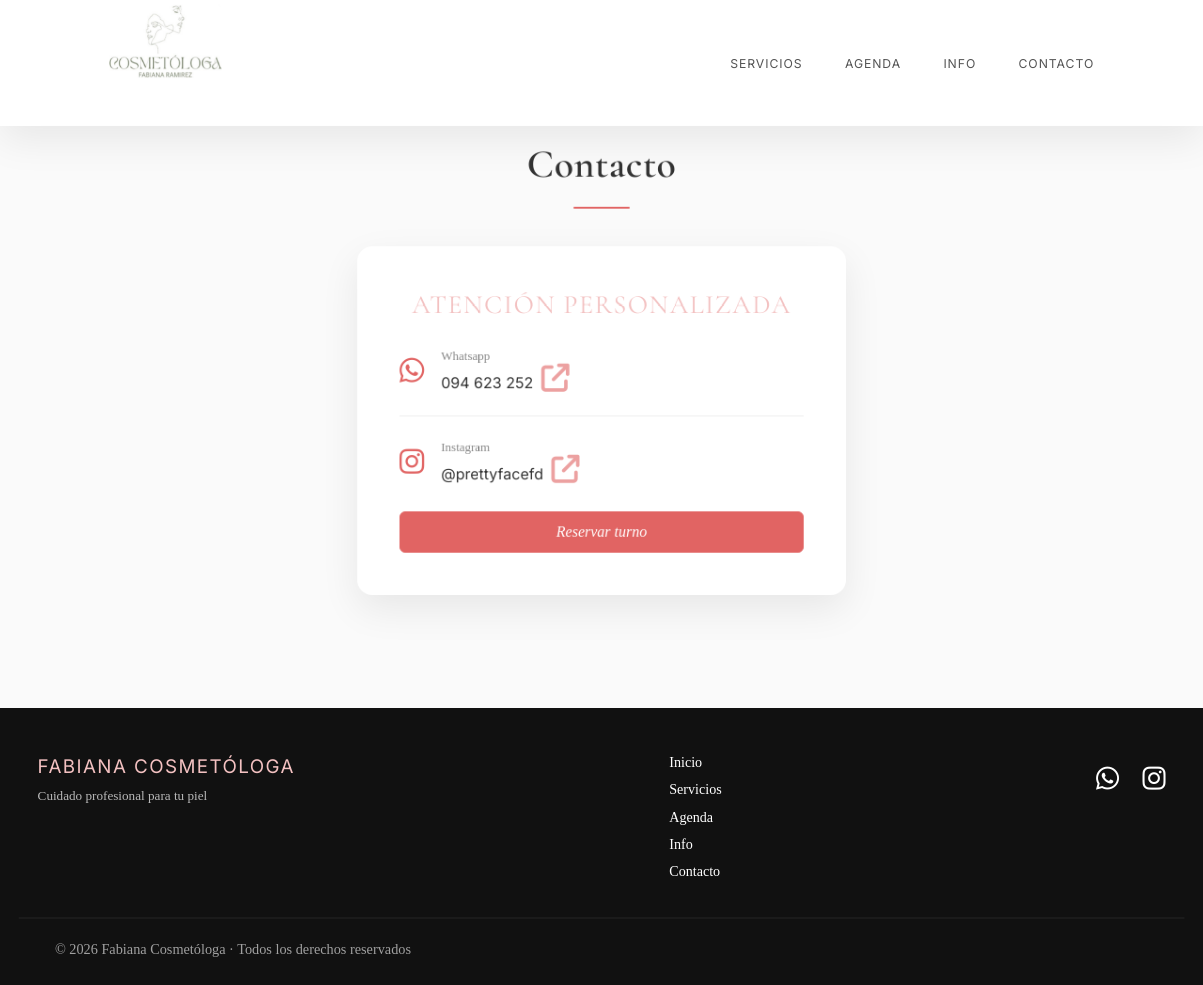
Repository: thiagobal1891-sudo/paginaweb
Page: pages/contacto.html
These files come from the project's save history. The page is drawn as it stood at one moment and after the next save; the edit follows.
The browser window is 1280 px wide. The pictures show the whole page, at 94% of full size.
Some web fonts or font styles are not loaded; a fallback is used.

Above is the page before, as saved 2026-03-17 15:07:41.
Console error: ReferenceError: emailjs is not defined

### pages/contacto.html

<!DOCTYPE html>
<html lang="es">
<head>
  <meta charset="UTF-8">
  <meta name="viewport" content="width=device-width, initial-scale=1.0">
  <title>Fabiana Cosmetóloga</title>
  <link rel="stylesheet" href="../css/style.css">
  <link rel="preconnect" href="https://fonts.googleapis.com">
  <link rel="preconnect" href="https://fonts.gstatic.com" crossorigin>
  <link
    href="https://fonts.googleapis.com/css2?family=Melodrama:wght@400;500;600;700&family=Inter:wght@100..900&family=Poppins:wght@100..900&family=Cormorant+Garamond:wght@300..700&display=swap"
    rel="stylesheet">
  <link rel="stylesheet" href="https://cdnjs.cloudflare.com/ajax/libs/font-awesome/6.5.0/css/all.min.css"
    crossorigin="anonymous" referrerpolicy="no-referrer" />
</head>

<body>
  <header>
    <div class="container">
      <a href="../index.html" class="logo">
        <img src="../media/logo.png"
  alt="Logo de la marca"
  loading="lazy"
  decoding="async">
      </a>
      <nav>
        <a href="servicios.html">SERVICIOS</a>
        <a href="agenda.html">AGENDA</a>
        <a href="info.html">INFO</a>
        <a href="contacto.html">CONTACTO</a>
      </nav>
    </div>
  </header>
<main>
<section id="contacto" class="appear">
<div class="section-title">
<h2>Contacto</h2>
</div>
<div class="container">
<div class="contact-card">
<h3>Atención personalizada</h3>
<div class="contact-item">
<i class="fa-brands fa-whatsapp"></i>
<div class="contact-info">
<span class="label">Whatsapp</span>
<a href="https://wa.me/59894623252"
target="_blank"
rel="noopener noreferrer"
class="valor">
094 623 252
<i class="fa-solid fa-arrow-up-right-from-square link-icon"></i>
</a>
</div>
</div>
<hr>
<div class="contact-item">
<i class="fa-brands fa-instagram"></i>
<div class="contact-info">
<span class="label">Instagram</span>
<a href="https://www.instagram.com/prettyfacefd"
target="_blank"
rel="noopener noreferrer"
class="valor">
@prettyfacefd
<i class="fa-solid fa-arrow-up-right-from-square link-icon"></i>
</a>
</div>
</div>
<a href="agenda.html#agenda-ya" class="btn-vermas">
Reservar turno
</a>
</div>
</div>

</section>
</main>
  <footer class="footer">
  <div class="footer-container">
    <div class="footer-brand">
      <h3>Fabiana Cosmetóloga</h3>
      <p>Cuidado profesional para tu piel</p>
    </div>
    <div class="footer-links">
      <a href="../index.html">Inicio</a>
      <a href="../pages/servicios.html">Servicios</a>
      <a href="../pages/agenda.html">Agenda</a>
      <a href="../pages/info.html">Info</a>
      <a href="../pages/contacto.html">Contacto</a>
    </div>
    <div class="footer-social">
      <a href="https://wa.me/59894623252" target="_blank">
        <i class="fa-brands fa-whatsapp"></i>
      </a>
      <a href="https://www.instagram.com/prettyfacefd" target="_blank">
        <i class="fa-brands fa-instagram"></i>
      </a>
    </div>
  </div>
  <div class="footer-bottom">
    <p>© 2026 Fabiana Cosmetóloga · Todos los derechos reservados</p>
  </div>
</footer>
  <script src="https://cdn.jsdelivr.net/npm/emailjs-com@3/dist/email.min.js"></script>
  <script src="../script.js" defer></script>
</body>
</html>

### css/style.css
@charset "UTF-8";
* {
  box-sizing: border-box;
  margin: 0;
  padding: 0;
}
html {
  scroll-behavior: smooth;
  scroll-padding-top: var(--header-height);
  font-size: 100%;
}
:root{
  --header-height:70px;
  --primary:#E16463;
  --primary-soft:rgba(225,100,99,.15);
  --primary-soft-light:rgba(225,100,99,.08);
  --text-dark:#333;
  --text-soft:#777;
  --shadow-hover:0 20px 50px rgba(0,0,0,.12);
  --shadow-soft:0 15px 40px rgba(0,0,0,.08);
}
body{
  font-family:"Melodrama", serif;
  margin:0;
  animation:fadePage .6s ease;
  padding-top: var(--header-height);
}
@keyframes fadePage{
from{
  opacity:0;
  transform:translateY(10px);
}

to{
  opacity:1;
  transform:translateY(0);
}
}
.appear{
  opacity:0;
  transform:translateY(40px);
  transition:opacity .8s ease, transform .8s ease;
  will-change: transform, opacity;
}
.appear.show{
  opacity:1;
  transform:translateY(0);
}
h1 {
  font-size:clamp(2.2rem,4vw,4.5rem);
  line-height: 1.1;
}
h2 {
  font-size:clamp(1.6rem,3vw,2.5rem);
  line-height: 1.2;
}
p {
font-size:clamp(.95rem,1.1vw,1.1rem);
line-height:1.7;
max-width:60ch;
}
h3 {
  font-size: 0.9em;
  font-family: "Inter", sans-serif;
  font-weight: 400;
  letter-spacing: 1.5px;
  color: #f3c1c1;
  text-transform: uppercase;
}
section{
position:relative;
padding:100px 20px;
}
.info_carta {
  font-size: 0.85em;
  color: #f2f2f2;
  font-family: "Inter", sans-serif;
  line-height: 1;
  margin-bottom: 2px;
  max-width:450px;
}
ul {
  list-style: none;
  padding-left: 0;
  font-size: 0.75em;
  font-family: "Inter", sans-serif;
  color: #ffffff;
}
ul li {
  margin-bottom: 4px;
  line-height: 1.3;
  padding-left: 22px;
  position: relative;
  opacity: 0.95;
  transition: transform 0.3s ease, opacity 0.3s ease;
}
ul li::before {
  content: "✧";
  position: absolute;
  left: 0;
  top: 0;
  color: #f3c1c1;
  font-size: 0.75em;
}
img{
transition:transform .6s ease, filter .6s ease;
height: auto;
max-width: 100%;
will-change: transform;
display: block;
}
button {
  font-size: 1rem;
  font-weight: 400;
  padding: 10px 30px;
  border-radius: 10px;
  border: 1.5px solid rgb(84, 84, 84);
  box-shadow: var(--shadow-soft);
  color: white;
  background-color: #d86a6a;
  font-family: "Inter", sans-serif;
  transition: all .25s ease;
  cursor: pointer;
  font-weight: bold;
}
button:hover {
  background-color: white;
  color:var(--primary);
  border-color: white;
  transform: translateY(-2px);
}
button:active{
  transform:scale(.97);
}
.container{
  max-width:1100px;
  margin-inline:auto;
  padding-inline:20px;
  width:100%;
  position:relative;
}
.container > *:not(:last-child){
  margin-bottom:40px;
}
header{
  position:fixed;
  width:100%;
  top:0;
  left:0;
  background-color:white;
  z-index:1000;
  box-shadow: var(--shadow-soft);
  transition:.3s;
  padding:10px 0;
}
header.scrolled{
  background:rgba(255,255,255,0.9);
  backdrop-filter:blur(8px);
  box-shadow:var(--shadow-soft);
}
header .logo {
  display: flex;
  align-items: center;
  justify-content: flex-start;
}
header .logo img{
  width:110px;
  height:auto;
  margin-bottom:6px;
}
header .container {
  display: flex;
  align-items: center;
  padding:0 16px;
  justify-content: space-between;
}
header nav {
  display: flex;
  flex-direction: row;
  justify-content: center;
  align-items: center;
  text-align: center;
}
header a {
  padding: 0px 5px;
  text-decoration: none;
  color: rgb(84, 84, 84);
  display: inline-block;
  font-family: "Inter", sans-serif;
  margin: 0 5px;
  font-size:14px;
  letter-spacing:1px;
}
header a:hover {
  color:var(--primary);
}
.hero-tag{
  font-family:"Inter",sans-serif;
  letter-spacing:2px;
  font-size:12px;
  text-transform:uppercase;
  color:#f3c1c1;
  display:block;
  margin-left:20px;
  margin-bottom:12px;
  opacity:.9;
}
.hero-sub{
  color:white;
  max-width:520px;
  margin-left:20px;
  margin-top:18px;
  font-family:"Inter",sans-serif;
  font-size:clamp(0.95rem,1.1vw,1.1rem);
  line-height:1.6;
  opacity:.95;
}
.btn-hero{
  display:inline-block;
  margin-left:20px;
  margin-top:35px;
  padding:14px 34px;
  border-radius:30px;
  background:var(--primary);
  color:white;
  text-decoration:none;
  font-family:"Inter",sans-serif;
  font-weight:600;
  letter-spacing:.5px;
  transition:.3s;
}
.btn-hero:hover{
    transform:translateY(-3px);
  box-shadow:var(--shadow-hover);
}
#hero {
    display: flex;
    align-items: flex-start;
    justify-content: center;
    text-align: left;
    flex-direction: column;
    min-height: 100vh;
    background-image: linear-gradient(0deg, rgba(0, 0, 0, 0.5),
      rgba(0, 0, 0, 0.5)),
      url("../media/fotopiel-rutina-de-skincare-cuidado-facial.webp");
      background-repeat: no-repeat;
      background-size: cover;
      background-position: center center; }
#hero h1 {
  color: white;
  font-family: "Cormorant Garamond";
  font-weight: 600;
  align-self: flex-start;
  text-align: left;
  font-size:clamp(2.5rem,5vw,4.5rem);
  padding-left:20px;
  max-width:90%;
  animation:heroFade 1.2s ease;
}
#hero::after{
  content:"";
  position:absolute;
  bottom:0;
  left:0;
  width:100%;
  height:120px;
  background:linear-gradient(to bottom, transparent, white);
}

@keyframes heroFade{
from{
opacity:0;
transform:translateY(40px);
}
to{
opacity:1;
transform:translateY(0);
}
}
.section-title{
  text-align:center;
  position:relative;
  }
  #Tratamientos .section-title {
  padding-top: 70px;
}
.section-title.show{
  opacity:1;
  transform:translateY(0);
}
.section-title h2{
  font-family:"Cormorant Garamond", serif;
  font-size:36px;
  font-weight:600;
  color:var(--text-dark);
  margin-bottom:10px;
  letter-spacing:0.5px;
}
.section-title p{
  font-family:"Inter", sans-serif;
  font-size:13px;
  color: var(--text-soft);
  letter-spacing:1.5px;
  text-transform:uppercase;
  max-width:65ch;
  margin:0 auto 80px auto; /* ← separación abajo */
  text-align:center;
}
.section-title::after{
  content:"";
  display:block;
  width:60px;
  height:2px;
  background-color: var(--primary);
  margin:20px auto 0;
  border-radius:2px;
}
.no-line::after {
  display: none;
}

.carousel_infocosmet {
  width: 100%;
  position: relative;
  background-color: var(--primary-soft);
  padding:90px 0;
  overflow:hidden;
}
.carousel-track{
  display:flex;
  will-change: transform;
}
.slide{
  flex:0 0 100%;
  display:flex;
  justify-content:center;
  gap:40px;
  position:relative;
  min-width: 100%;
}
.img-wrapper{
  position:relative;
  width:100%;
  max-width:520px;
  aspect-ratio:16/9;
  height:auto;
  overflow:hidden;
  border-radius:12px;
  margin:0 auto;
  display: block;
  box-shadow: var(--shadow-soft);
  transition:transform .4s ease, box-shadow .4s ease;
}

.img-wrapper img {
  width:100%;
  height:100%;
  object-fit:cover;
  transition:transform .6s ease, filter .6s ease;
}
.img-wrapper:hover{
  transform:translateY(-4px);
}
.img-wrapper:hover img{
  transform:scale(1.06);
}

#infocosmet .img-wrapper{
  position:relative;
  overflow:hidden;
}
.badge{
  position:absolute;
  left:12px;
  background:rgba(0,0,0,.55);
  backdrop-filter:blur(4px);
  color:white;
  font-family:"Inter",sans-serif;
  font-size:11px;
  letter-spacing:1.5px;
  padding:6px 14px;
  border-radius:20px;
  white-space:nowrap;
  z-index:20;
}

.badge.top{
  top:12px;
}

.badge.bottom{
  bottom:12px;
}

#Tratamientos .container{
  background: linear-gradient(180deg, #fffdf8, #fff6ee);
  box-shadow: var(--shadow-soft);
}
.carousel-wrapper{
  overflow:hidden;
  max-width:1200px;
  margin:0 auto;
  position:relative;
}
.carta-tratamientos{
  display:flex;
  gap:20px;
  overflow-x:auto;
  scroll-snap-type:x mandatory;
  scroll-behavior:smooth;
  padding:10px;
}
.carta-tratamientos::-webkit-scrollbar{
  display:none;
}
.carta{
  flex:0 0 100%;
  scroll-snap-align:center;
  min-height:520px;
  height:auto;
  border-radius:12px;
  background:white;
  padding:30px 25px;
  background-size:cover;
  background-position:center;
  position:relative;
  overflow: hidden;
}
.carta::before{
  content:"";
  position:absolute;
  top:0;
  left:0;
  width:100%;
  height:3px;
  background-color: var(--primary);
  transform:scaleX(0);
  transform-origin:left;
  transition:transform 0.3s ease;
}
.carta:hover::before{
  transform:scaleX(1);
}
.carta > * {
  position: relative;
  z-index: 2;
}
.carta h3{
  margin-bottom:10px;
}
.carta p{
  margin-bottom:10px;
}
.carta ul{
  margin-top:10px;
}
.carta:hover::after{
  left:100%;
}
.carta:hover ul li {
  transform: translateX(4px);
  opacity: 1;
}
.carta:hover h3{
  color:var(--primary);
}
.carta,
.agenda-card,
.consulta-card{
  transition:all .35s ease;
}
.carta:hover,
.agenda-card:hover,
.consulta-card:hover{
  transition:all .35s ease;
  box-shadow: var(--shadow-hover);
}
.arrow{
  border: none;
  background: none;
  position:absolute;
  top:50%;
  transform:translateY(-50%);
  z-index:5;
  width:40px;
  height:40px;
  border-radius:50%;
  display:flex;
  align-items:center;
  justify-content:center;
  cursor:pointer;
}
.arrow.left {
  left: 15px;
}
.arrow.right {
  right: 15px;
}
.carta:first-child {
  background-image: linear-gradient(0deg, rgba(0, 0, 0, 0.5), rgba(0, 0, 0, 0.5)), url("../media/Tratamientos-3.jpg");
}
.carta:nth-child(2) {
  background-image: linear-gradient(0deg, rgba(0, 0, 0, 0.5), rgba(0, 0, 0, 0.5)), url("../media/Tratamientos-2.jpg");
}
.carta:nth-child(3) {
  background-image: linear-gradient(0deg, rgba(0, 0, 0, 0.5), rgba(0, 0, 0, 0.5)), url("../media/Tratamientos-1.jpg");
}
.carta:nth-child(4) {
  background-image: linear-gradient(0deg, rgba(0, 0, 0, 0.5), rgba(0, 0, 0, 0.5)), url("../media/Tratamientos-1.jpg");
}
.carta:nth-child(5) {
  background-image: linear-gradient(0deg, rgba(0, 0, 0, 0.5), rgba(0, 0, 0, 0.5)), url("../media/Tratamientos-2.jpg");
}
.carta:nth-child(6) {
  background-image: linear-gradient(0deg, rgba(0, 0, 0, 0.5), rgba(0, 0, 0, 0.5)), url("../media/Tratamientos-1.jpg");
}
.carta:nth-child(7) {
  background-image: linear-gradient(0deg, rgba(0, 0, 0, 0.5), rgba(0, 0, 0, 0.5)), url("../media/Tratamientos-1.jpg");
}

#agenda-ya{
  padding:120px 20px;
  background-color: var(--primary-soft);
}
.agenda-card{
  max-width:900px;
  margin:auto;
  background:white;
  padding:30px;
  border-radius:20px;
  box-shadow:var(--shadow-soft);
  border:1px solid rgba(225,100,99,.2);
}
#agenda-ya iframe{
  max-width:900px;
  width:100%;
  height:650px;
  border-radius:20px;
  background:white;
  box-shadow:var(--shadow-soft);
  border:1px solid rgba(225,100,99,.2);
  padding:10px;
}
.link-icon {
  font-size: 0.15em;
  margin-left: 4px;
  opacity: 0.6;
  transition: all 0.3s ease;
}
#consultas{
padding:120px 20px;
background-color: var(--primary-soft-light);
}
#consultas .container{
  display:flex;
  flex-direction:column;
  align-items:center;
  max-width:700px;
  margin:0 auto;
}
.consulta-card{
  width:100%;
  max-width:600px;
  margin:0 auto;
}
.consulta-sub{
  text-align:center;
  font-family:"Inter", sans-serif;
  font-size:14px;
  color: var(--text-soft);
  margin-bottom:25px;
}
.consulta-card form{
  width:100%;
  max-width:500px;
  margin:auto;
}
.consulta-card h3{
  margin-bottom:35px;
  text-align:center;
  font-family:"Cormorant Garamond", serif;
  font-size:28px;
  color:var(--text-dark);
  letter-spacing:0;
  text-transform:none;
  width:100%;
}
.form-group {
  position: relative;
  margin-bottom: 25px;
}
.form-group input,
.form-group textarea{
  width:100%;
  padding:16px 14px;
  border-radius:14px;
  border:1px solid #e5e5e5;
  font-size:15px;
  font-family:"Inter", sans-serif;
  outline:none;
  transition:all .3s ease;
  background:#fff;
}
.form-group input:focus,
.form-group textarea:focus{
  border-color: var(--primary);
  box-shadow: var(--shadow-hover);
}
.form-group label {
  position: absolute;
  left: 12px;
  top: 14px;
  font-size: 14px;
  color: #888;
  transition: 0.3s ease;
  pointer-events: none;
}
.form-group input:focus + label,
.form-group input:not(:placeholder-shown) + label,
.form-group textarea:focus + label,
.form-group textarea:not(:placeholder-shown) + label {
  top: -8px;
  left: 10px;
  font-size: 12px;
  background: white;
  padding: 0 5px;
  color:var(--primary);
}
.btn-enviar{
  width:100%;
  padding:16px;
  border-radius:30px;
  border:none;
  background:linear-gradient(135deg,#E16463,#d04f4f);
  color:white;
  font-weight:600;
  font-size:15px;
  cursor:pointer;
  transition:all .3s ease;
  margin-top:10px;
}
.btn-enviar:hover{
  transform:translateY(-2px);
  box-shadow:var(--shadow-soft);
}

#sobre{
  padding:80px 20px;
}
.sobre-container{
  display:flex;
  align-items:center;
  gap:25px;
  margin-top:50px;
  flex-wrap:wrap;
  text-align: left;
}
.sobre-container.reverse{
  flex-direction:row-reverse;
}
.sobre-texto{
  flex:1;
  min-width:280px;
}
.sobre-texto p{
  font-family:"Inter",sans-serif;
  line-height:1.7;
  margin-bottom:20px;
  color:#444;
}
.sobre-texto h3{
  font-family:"Cormorant Garamond",serif;
  font-size:30px;
  margin-bottom:10px;
}
.sobre-img{
  flex:1;
  min-width:280px;
}
.sobre-img img{
  width:100%;
  border-radius:12px;
  box-shadow: var(--shadow-soft);
}
.sobre-container.reverse .btn-vermas{
  margin-top:40px;
}
.confianza{
  padding:80px 20px;
  background:#fafafa;
}
.confianza-grid{
  display:grid;
  grid-template-columns:repeat(auto-fit,minmax(220px,1fr));
  gap:30px;
  margin-top:50px;
}
.confianza-item{
  background:white;
  padding:30px;
  border-radius:14px;
  text-align:center;
  box-shadow: var(--shadow-soft);
  transition:.3s;
}
.confianza-item:hover{
  transform:translateY(-6px);
  box-shadow:var(--shadow-hover);
}
.confianza-item i{
  font-size:34px;
  color:var(--primary);
  margin-bottom:15px;
}
.confianza-item h3{
  font-family:"Cormorant Garamond",serif;
  font-size:22px;
  margin-bottom:10px;
}
.confianza-item p{
  font-family:"Inter",sans-serif;
  font-size:14px;
  line-height:1.6;
  color:#555;
}
.link-servicios {
  display: block;
  margin-bottom: 20px;
  font-size: 1rem;
  color: var(--text-soft);
}
.btn-vermas {
  display: inline-flex;
  align-items: center;
  justify-content: center;
  padding: 12px 28px;
  border-radius: 6px;
  font-size: 1rem;
  cursor: pointer;
  font-style: italic;
  background-color: var(--primary);
  color: white;
  text-decoration: none;
  border: 1.5px solid #E16463;
  transition: all 0.3s ease;
}
.btn-vermas:hover{
  transform:translateY(-3px);
  box-shadow: var(--shadow-hover);
  background-color: white;
  color:var(--primary);
}
.whatsapp-float,
.instagram-float{
  position:fixed;
  right:25px;
  width:60px;
  height:60px;
  border-radius:50%;
  display:flex;
  align-items:center;
  justify-content:center;
  color:white;
  font-size:28px;
  text-decoration:none;
  box-shadow:0 8px 18px rgba(0,0,0,0.25);
  z-index:1000;
  transition:transform .3s ease, box-shadow .3s ease;
  animation:floatIn .6s ease;
}
.whatsapp-float i,
.instagram-float i{
  text-decoration:none;
}
.whatsapp-float{
  bottom:25px;
  background:#25D366;
}
.instagram-float{
  bottom:100px;
  background:linear-gradient(45deg,#f58529,#dd2a7b,#8134af,#515bd4);
}
.whatsapp-float:hover,
.instagram-float:hover{
  transform:scale(1.12);
  box-shadow:0 12px 24px rgba(0,0,0,0.35);
}
.hide-float{
  opacity:0;
  pointer-events:none;
  transform:translateY(20px);
  transition:all .3s ease;
}
@keyframes floatIn{
from{
  opacity:0;
  transform:translateY(40px);
}
to{
  opacity:1;
  transform:translateY(0);
}
}

#contacto{
  padding:80px 20px;
  background:#fafafa;
}
.contact-card{
  max-width:520px;
  margin:40px auto;
  background:white;
  padding:45px;
  border-radius:16px;
  box-shadow: var(--shadow-soft);
  text-align:left;
}
.contact-card h3{
  text-align:center;
  margin-bottom:30px;
  font-family:"Cormorant Garamond",serif;
  font-size:28px;
}
.contact-item{
  display:flex;
  align-items:center;
  gap:18px;
  margin:20px 0;
}
.contact-item i{
  font-size:30px;
  color:var(--primary);
}
.contact-info{
  display:flex;
  flex-direction:column;
}
.label{
  font-size:13px;
  color:#888;
}
.valor{
  font-size:16px;
  font-family:"Inter",sans-serif;
  text-decoration:none;
  color: var(--text-dark);
}
.valor:hover{
  color:var(--primary);
}
hr{
  border:none;
  border-top:1px solid #eee;
  margin:25px 0;
}
.contact-card .btn-vermas{
  display:block;
  margin:30px auto 0;
  text-align:center;
}

.footer {
  background: #111;
  color: #fff;
  padding: 50px 20px 25px;
  text-align: center;
}
.footer-container {
  display: flex;
  flex-direction: column;
  align-items: center;
  gap: 35px;
  text-align: center;
}
.footer-brand h3 {
  font-size: 20px;
  margin-bottom: 8px;
}
.footer-brand p {
  font-size: 14px;
  opacity: 0.7;
}
.footer-links {
  display: flex;
  flex-direction: column;
  gap: 12px;
}
.footer-links a {
  text-decoration: none;
  color: #fff;
  font-size: 15px;
  transition: 0.3s;
}
.footer-links a:hover {
  color:var(--primary);
}
.footer-social {
  display: flex;
  gap: 25px;
  margin-top: 10px;
}
.footer-social a {
  font-size: 28px;
  color: #fff;
  transition: 0.3s;
}
.footer-social a:active {
  transform: scale(0.9);
  color:var(--primary);
}
.footer-bottom {
  margin-top: 40px;
  padding-top: 20px;
  border-top: 1px solid rgba(255,255,255,0.15);
  font-size: 13px;
  opacity: 0.6;
}

@media (max-width: 768px){
:root{
  --header-height:80px;
}
header{
  height:var(--header-height);
  padding:8px 0;
}

header .logo img{
  width:110px;
}
.slide{
  flex-direction:column;
  gap:20px;
  align-items:center;
}
.img-wrapper{
  width:90%;
  max-width:none;
  aspect-ratio: 4/5;
}
#hero{
  align-items:center;
  text-align:center;
  padding:0 20px;
  min-height: 85vh;
}
#hero h1{
  font-size:2.4rem;
  line-height:1.2;
  padding-left:0;
  max-width:100%;
}
.hero-tag{
  margin-left:0;
  text-align:center;
}
.hero-sub{
  margin-left:0;
  text-align:center;
  font-size:0.95rem;
}
.btn-hero{
margin-left:0;
}

header nav {
  gap: 10px;
  flex-wrap: wrap;
}
.info_carta{
  font-size:0.95em;
}
ul{
  font-size:0.85em;
}
.carta{
  flex:0 0 100%;
  min-height:560px;
  padding:40px 30px;
}

.sobre-texto {
  text-align: left;
}
.sobre-texto p {
  font-size: 1rem;
}
.sobre-img2 img{
  width:900px;
  border-radius:12px;
  box-shadow: var(--shadow-soft);
}

}
@media (min-width: 1024px) {


  header{
    padding:5px 0;
  }

  header .logo img{
    width:120px;

  }

  header a{
    font-size:13px;
  }
    header.scrolled{
    padding:2px 0;
  }

  header.scrolled .logo img{
    width:75px;
    }

  section{
padding:120px 40px;
}
  #hero {
  align-items: center;
  text-align: center;
  padding: 0 10%;
}
#hero h1{
  font-size:4.5rem;
}
#hero button {
  margin-left: 0;
  align-self: center;
}

header nav {
  gap: 25px;
}
.slide {
  display: flex;
  flex-direction: row;
  justify-content: center;
  gap: 40px;
}
.slide::after{
  content:"";
  position:absolute;
  top:50%;
  left:50%;
  transform:translate(-50%,-50%);
  width:1px;
  height:70%;
  background:linear-gradient( to bottom, transparent, rgba(225,100,99,0.4), transparent);
  pointer-events:none;
}
.img-wrapper {
  width: 450px;
  overflow: hidden;
  border-radius: 15px;
}

#Tratamientos {
  padding:120px 10%;
  background-color: var(--primary-soft);
}
#Tratamientos .container {
  background: linear-gradient(180deg, #fffdf8, #fff6ee);
  padding: 80px 0;
}
.carousel-wrapper {
  overflow: hidden;
  max-width:1200px;
  margin:0 auto;
}
.carta-tratamientos{
  gap:30px;
  transition: transform 0.5s ease;
}
.carta{
  flex:0 0 calc((100% - 30px) / 2);
  min-height:520px;
  height:auto;
  border-radius:20px;
  padding:50px 60px;
}
.arrow{
  background:var(--primary-soft-light);
}
.arrow.left {
  left: 10px;
}
.arrow.right {
  right: 10px;
}
.section-title h2{
  font-size:42px;
}
.sobre-container {
  flex-direction: row;
}
.sobre-texto {
  text-align: left;
}
.sobre-texto p {
  font-size: 1.1rem;
}
.sobre-img2 img{
  width:900px;
  border-radius:12px;
  box-shadow: var(--shadow-soft);
}
#agenda-ya{
  padding:120px 20px;
}
.footer-container {
  flex-direction: row;
  justify-content: space-between;
  align-items: flex-start;
  text-align: left;
  max-width: 1200px;
  margin: auto;
}
}

Loaded but not shown: script.js (130 lines, source omitted)

After the next save:
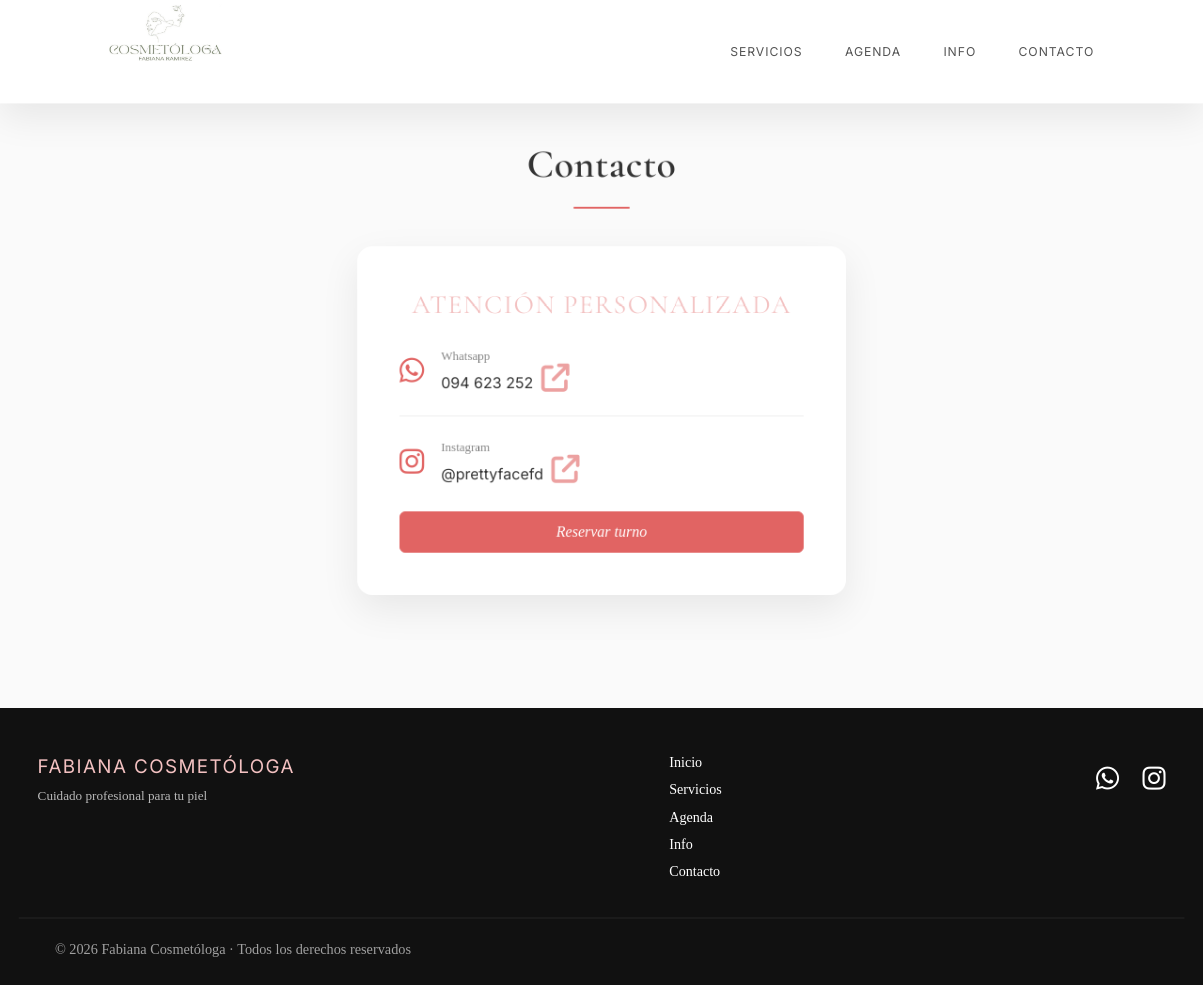
Saved 56 s later.
--- a/css/style.css
+++ b/css/style.css
@@ -159,14 +159,15 @@ header.scrolled{
   box-shadow:var(--shadow-soft);
 }
 header .logo {
+  height: 100%;
   display: flex;
   align-items: center;
-  justify-content: flex-start;
-}
+}
+
 header .logo img{
-  width:110px;
-  height:auto;
-  margin-bottom:6px;
+  height: 100%;
+  width: auto;
+  max-height: 60px;
 }
 header .container {
   display: flex;
